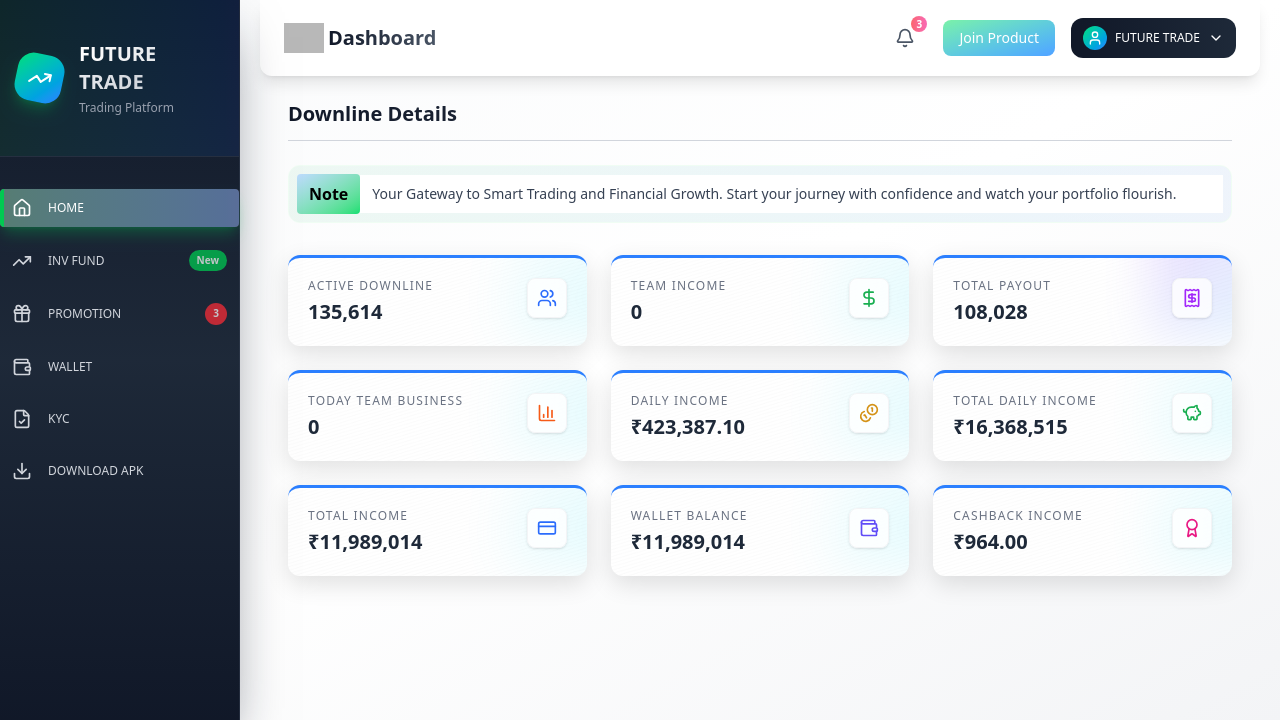
Repository: GauraVPandeyyy/Trade
Page: /
These files come from the project's save history. The page is drawn as it stood at one moment and after the next save; the edit follows.
The browser window is 1280 px wide. The pictures show the whole page.
Pictures or frames that could not be fetched are drawn as grey boxes. The project was rebuilt for these pictures with package versions that can differ from the ones it lists, and the page was loaded fresh each time. Some packages were replaced by stand-ins written for this rebuild. Also part of the build but not shown: vite.config.js, src/pages/Home.jsx, src/pages/InvFund.jsx, src/pages/Promotion.jsx, src/pages/Wallet.jsx, src/pages/Kyc.jsx, src/pages/DownloadApk.jsx.

Above is the page before, as saved 2025-08-02 13:41:00.

After the next save:
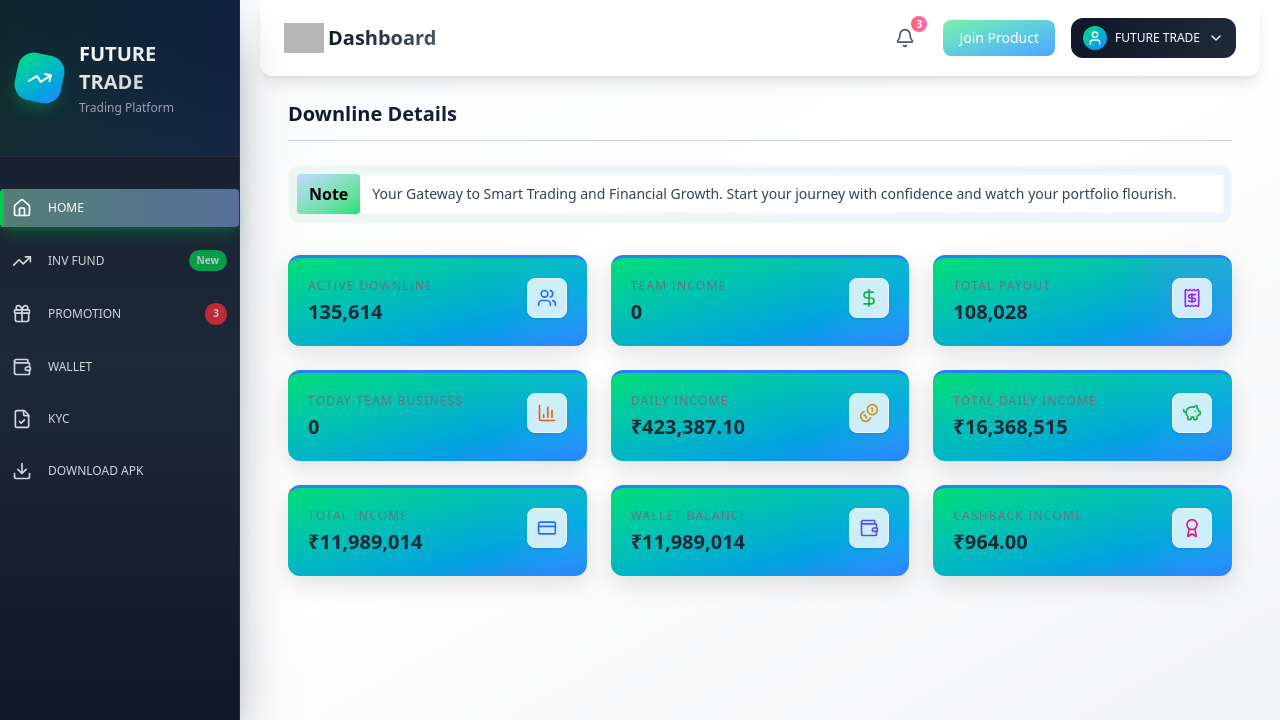
Saved 108 s later.
--- a/src/components/DashboardCard.jsx
+++ b/src/components/DashboardCard.jsx
@@ -53,7 +53,7 @@
     <div
       className={`
     relative h-auto border-t-3 rounded-xl p-5 overflow-hidden
-    bg-white  border-t-blue-500
+    bg-white bg-gradient-to-br from-green-400 to-blue-500 border-t-blue-500
     shadow-[0_8px_24px_rgba(0,0,0,0.12)] hover:shadow-[0_12px_16px_rgba(0,0,0,0.18)]
     transition-all duration-300 ease-out
     transform ${isVisible ? 'translate-y-0 opacity-100' : 'translate-y-8 opacity-0'}

After the 2 saves that followed:
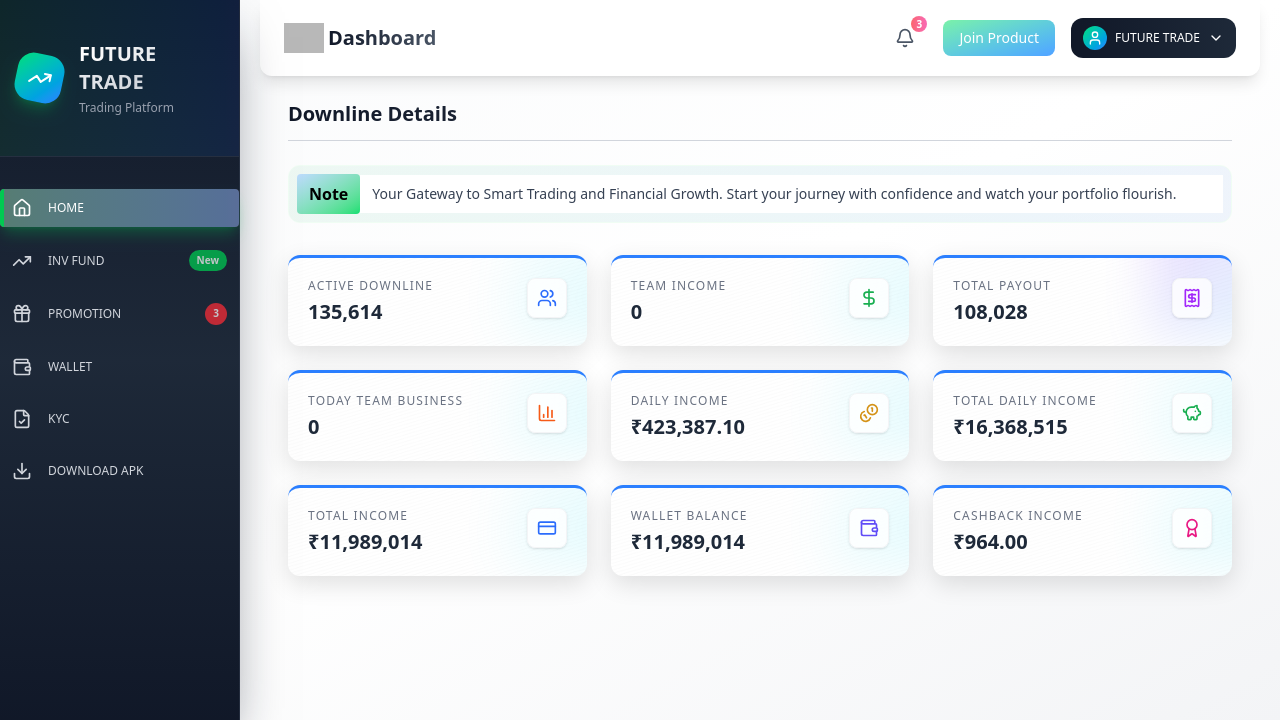
The 2 saves are shown as one change because they came seconds apart.
The last was saved 13 s later.
--- a/src/components/DashboardCard.jsx
+++ b/src/components/DashboardCard.jsx
@@ -53,7 +53,7 @@
     <div
       className={`
     relative h-auto border-t-3 rounded-xl p-5 overflow-hidden
-    bg-white bg-gradient-to-br from-green-400 to-blue-500 border-t-blue-500
+    bg-white border-t-gradient-to-br from-green-400 to-blue-500 border-t-blue-500
     shadow-[0_8px_24px_rgba(0,0,0,0.12)] hover:shadow-[0_12px_16px_rgba(0,0,0,0.18)]
     transition-all duration-300 ease-out
     transform ${isVisible ? 'translate-y-0 opacity-100' : 'translate-y-8 opacity-0'}
